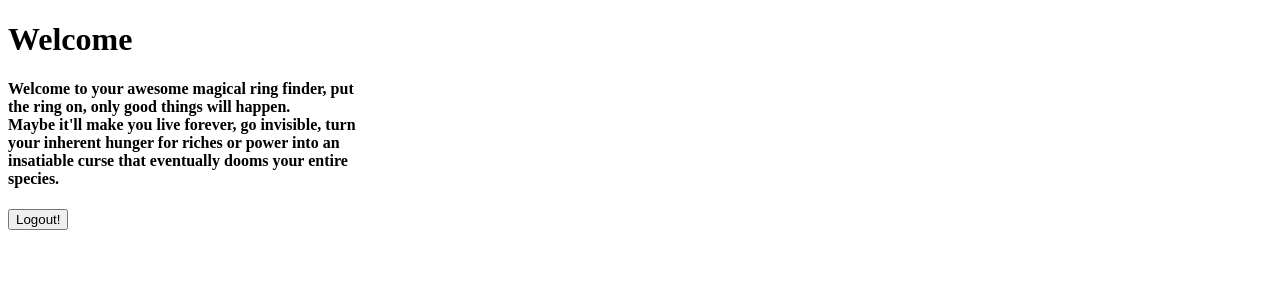
Repository: jshin07/Java
Page: http://localhost/javareviewer/WEB-INF/bind_darkness.jsp
These files come from the project's save history. The page is drawn as it stood at one moment and after the next save; the edit follows.
The browser window is 1280 px wide. The pictures show the whole page.
The page is served by Tomcat 9. Nobody is signed in. Other server files are loaded and not shown. The template is opened directly, without the code that normally fills it, so the values that code supplies are empty.

Above is the page before, as saved 2017-07-25 21:36:35.

### SpringTool/javareviewer/src/main/webapp/WEB-INF/bind_darkness.jsp
<%@ page language="java" contentType="text/html; charset=ISO-8859-1"
    pageEncoding="ISO-8859-1"%>
<%@ taglib prefix="c" uri="http://java.sun.com/jsp/jstl/core" %>
<%@ taglib prefix="form" uri="http://www.springframework.org/tags/form" %>
<!DOCTYPE html PUBLIC "-//W3C//DTD HTML 4.01 Transitional//EN" "http://www.w3.org/TR/html4/loose.dtd">
<html>
<head>
<meta http-equiv="Content-Type" content="text/html; charset=ISO-8859-1">
<title>Rings of Power</title>
</head>
<body>
	<style>
		h4 {
		width: 350px;
		}
	</style>
	<h1>Welcome <c:out value="${currentUser.firstName}"></c:out></h1>

	<h4>Welcome to your awesome magical ring finder, put the ring on, only good things will happen. <br>Maybe it'll make you live forever, go invisible, turn your inherent hunger for riches or power into an insatiable curse that eventually dooms your entire species.</h4>

	  <form id="logoutForm" method="POST" action="/logout">
        <input type="hidden" name="${_csrf.parameterName}" value="${_csrf.token}"/>
        <input type="submit" value="Logout!" />
    </form>	<br>

   <!--
    <table border="1">
        <th> Name </th>
   		<th> Email </th>
    	<th> Action </th>

    <c:forEach items="${allUsers}" var="user" varStatus="loop">

    <tr>
    	<td><c:out value="${user.firstName} ${user.lastName}"/></td>
    	<td><c:out value="${user.email}"/></td>
    	<c:choose>
    		<c:when test= "${user.isAdmin() }">
    			<td>Admin</td>
    		</c:when>
    		<c:otherwise>
    			<td> <a href="/delete/${user.id}"> Delete</a> | <a href="/makeadmin/${user.id}">Make as Admin</a></td>
    		</c:otherwise>
    	</c:choose>
    </tr>


    </c:forEach>

    </table>
  -->


</body>
</html>

After the next save:
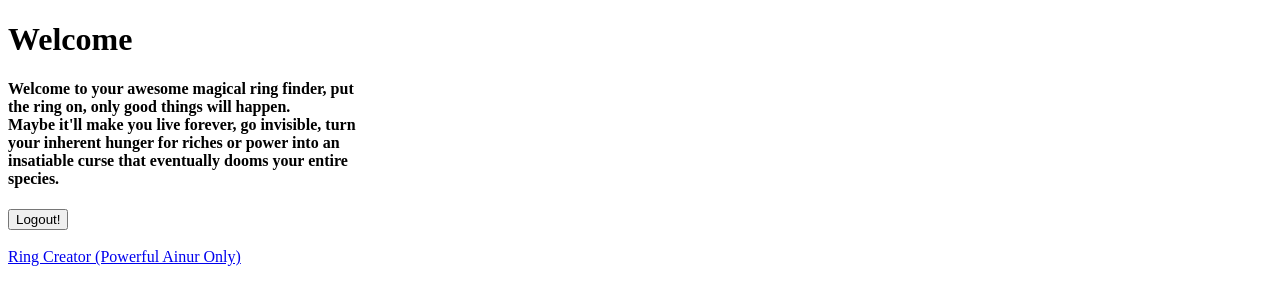
Saved 84 s later.
--- a/SpringTool/javareviewer/src/main/webapp/WEB-INF/bind_darkness.jsp
+++ b/SpringTool/javareviewer/src/main/webapp/WEB-INF/bind_darkness.jsp
@@ -22,6 +22,8 @@
         <input type="hidden" name="${_csrf.parameterName}" value="${_csrf.token}"/>
         <input type="submit" value="Logout!" />
     </form>	<br>
+
+    <a href="/ringCreator"> Ring Creator (Powerful Ainur Only)</a>
 
    <!--
     <table border="1">
